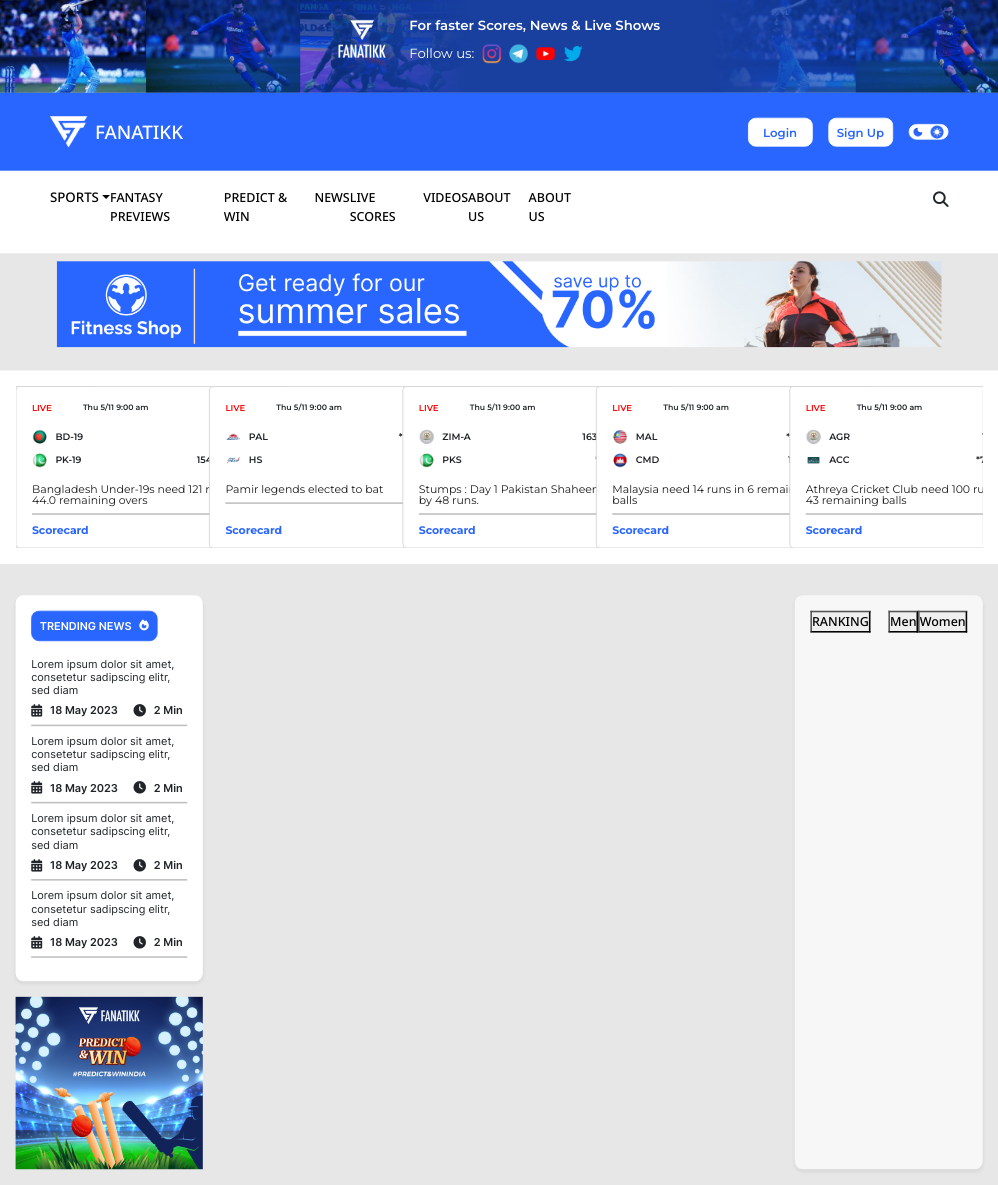
Repository: FlyweisReact/Kannapa
Page: /
The author's editor kept a copy of each file at every save. The page is drawn from the files as they stood at one save, then again after the next save.
The browser window is 1280 px wide. The pictures show the whole page, at 78% of full size.
Some web libraries are served in a nearby version. The project was rebuilt for these pictures with package versions that can differ from the ones it lists, and the page was loaded fresh each time. Also part of the build but not shown: src/Components/Layout/Footer.js, src/Components/Sliders/Index-video-Slider.js, src/Components/firstScreen.jsx, src/Components/secondScreen.jsx, src/Components/thirdScreen.jsx, src/Components/fourthScreen.jsx, src/CSS/Footer.css.

Above is the page before, as saved 2023-06-03 15:58:43.

After the next save:
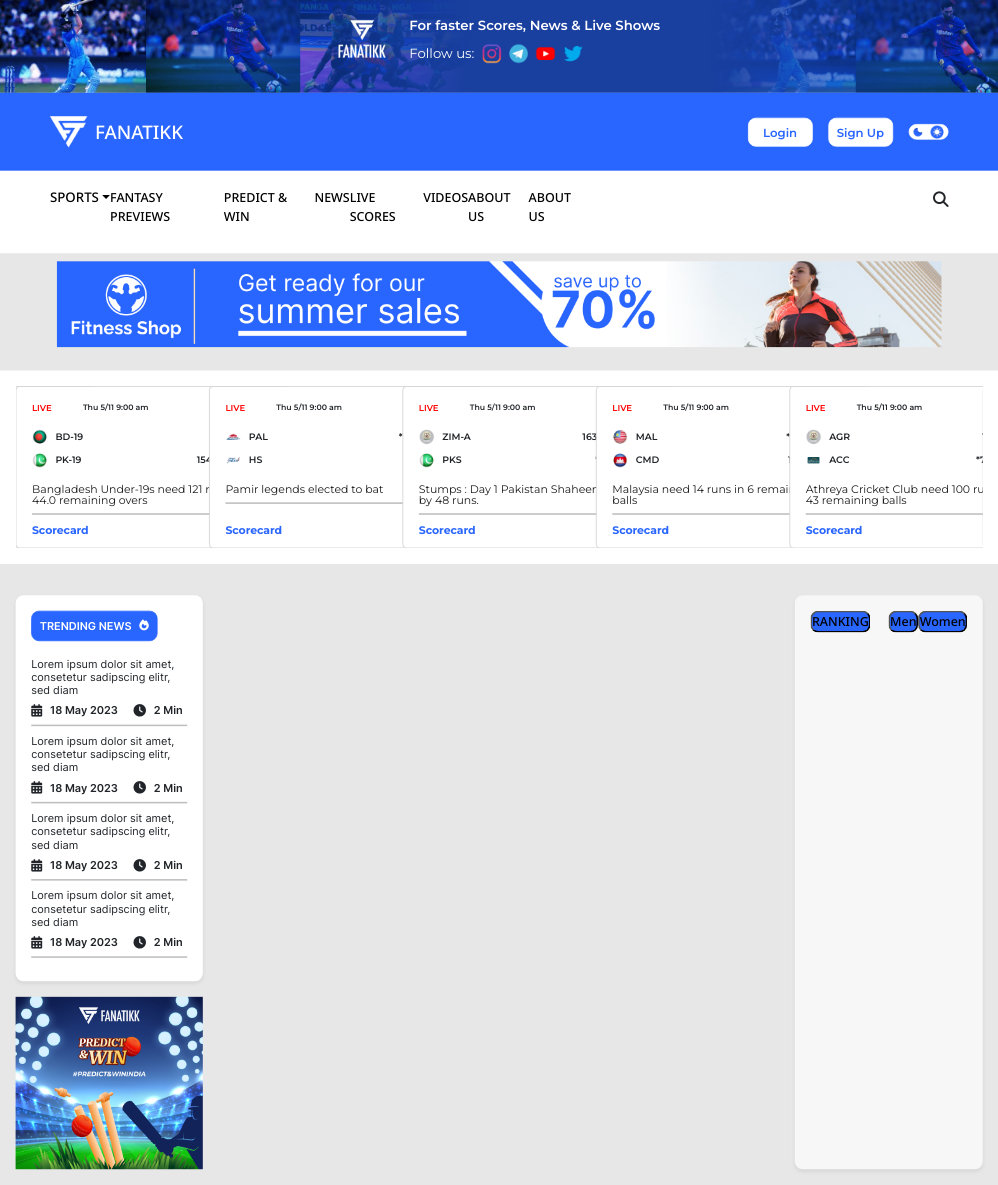
Saved 6 s later.
--- a/src/CSS/Component.css
+++ b/src/CSS/Component.css
@@ -383,4 +383,6 @@
 }
 .Index_Three_Sec_Layout .Right_Comp  .Main_Item .Three_Sec button {
 
-}
+  background: #2965FF;
+border-radius: 10px;
+}
